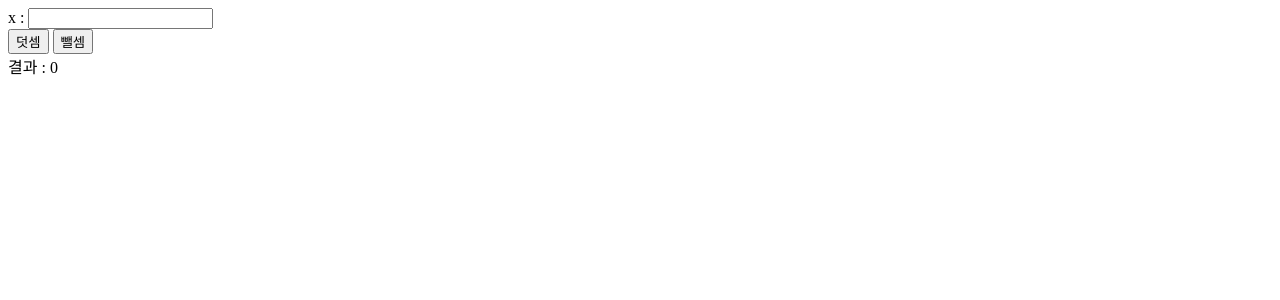
Repository: HimNahyeon/devClassBackup
Page: jsp/youtube_jsp/JSPPrj/WebContent/calc2.html
An editor plug-in stored every save of this project. The page is shown before and after the next save, followed by the edit.
The browser window is 1280 px wide. The pictures show the whole page.

Above is the page before, as saved 2021-10-28 05:42:54.

After the next save:
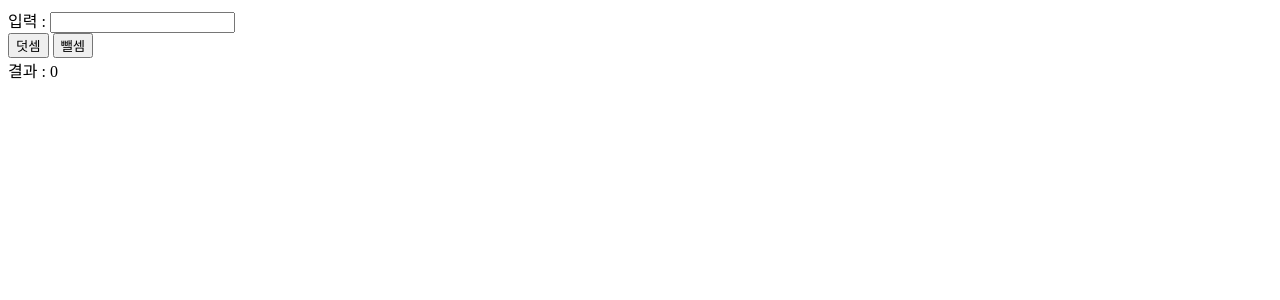
Saved 6 s later.
--- a/jsp/youtube_jsp/JSPPrj/WebContent/calc2.html
+++ b/jsp/youtube_jsp/JSPPrj/WebContent/calc2.html
@@ -8,7 +8,7 @@
 	<div>
 		<form action="calc" method="post">
 			<div>
-				<label>x : </label>
+				<label>입력 : </label>
 				<input type="text" name="v">
 			</div>
 			<div>
